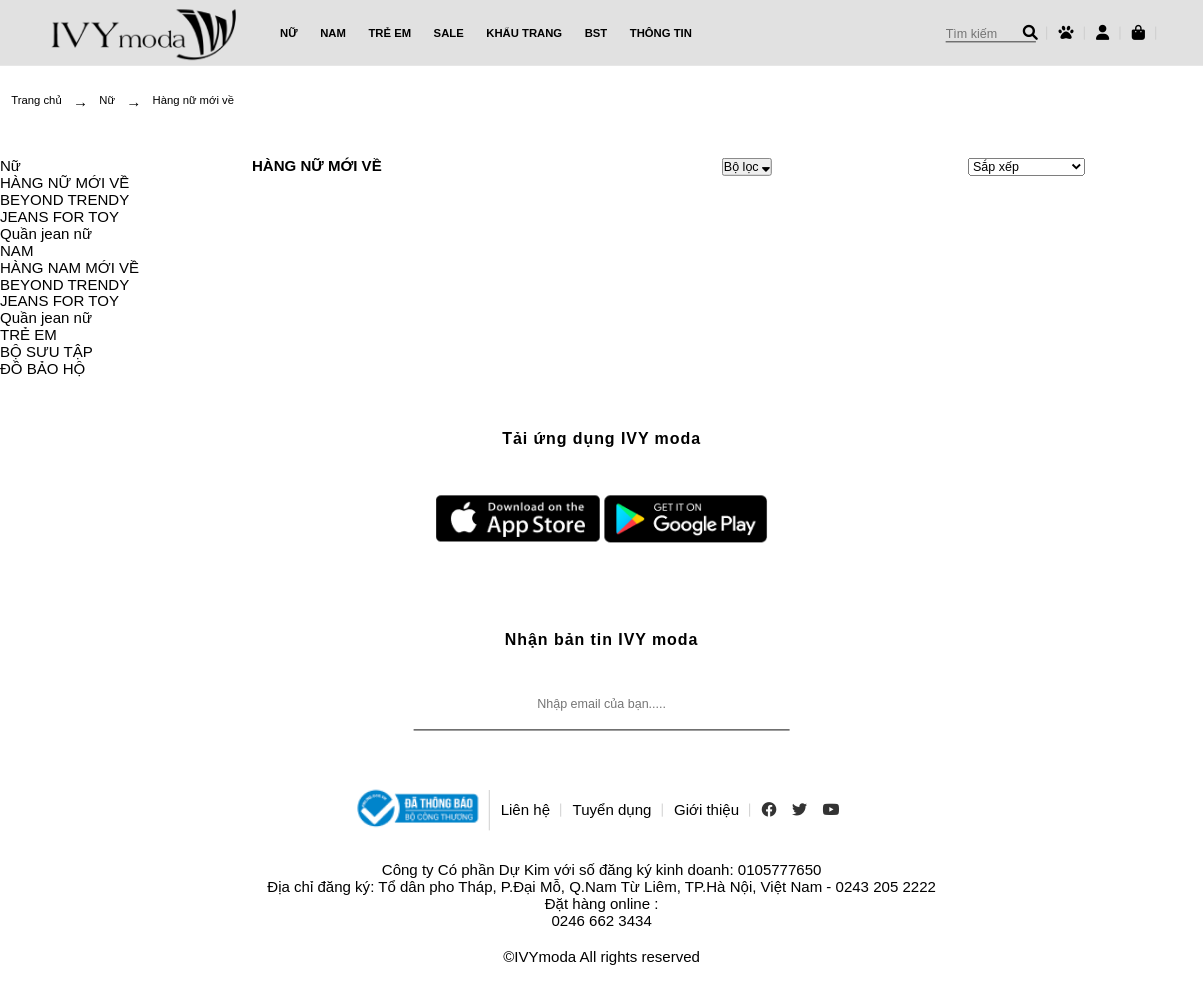
Repository: dinhvanbinh2310/ivy-moda
Page: cartegory.html
These files come from the project's save history. The page is drawn as it stood at one moment and after the next save; the edit follows.
The browser window is 1280 px wide. The pictures show the whole page, at 94% of full size.

Above is the page before, as saved 2022-05-03 11:28:03.

After the next save:
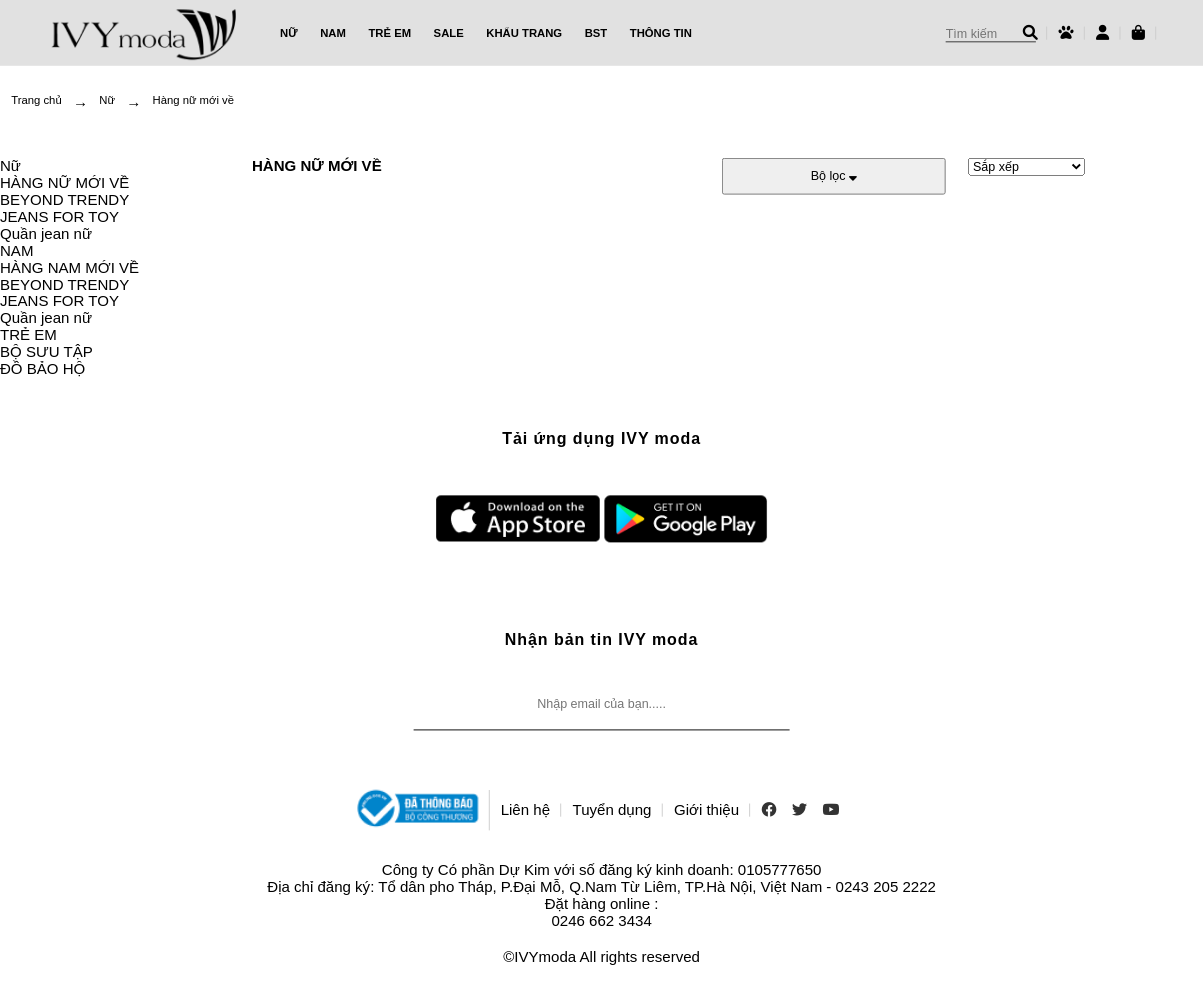
Saved 58 s later.
--- a/style.css
+++ b/style.css
@@ -242,3 +242,7 @@
   flex: 1;
   padding: 0 12px;
 }
+.cartegory-right-top-item button{
+  width: 100%;
+  padding: 10px 15px;
+}
